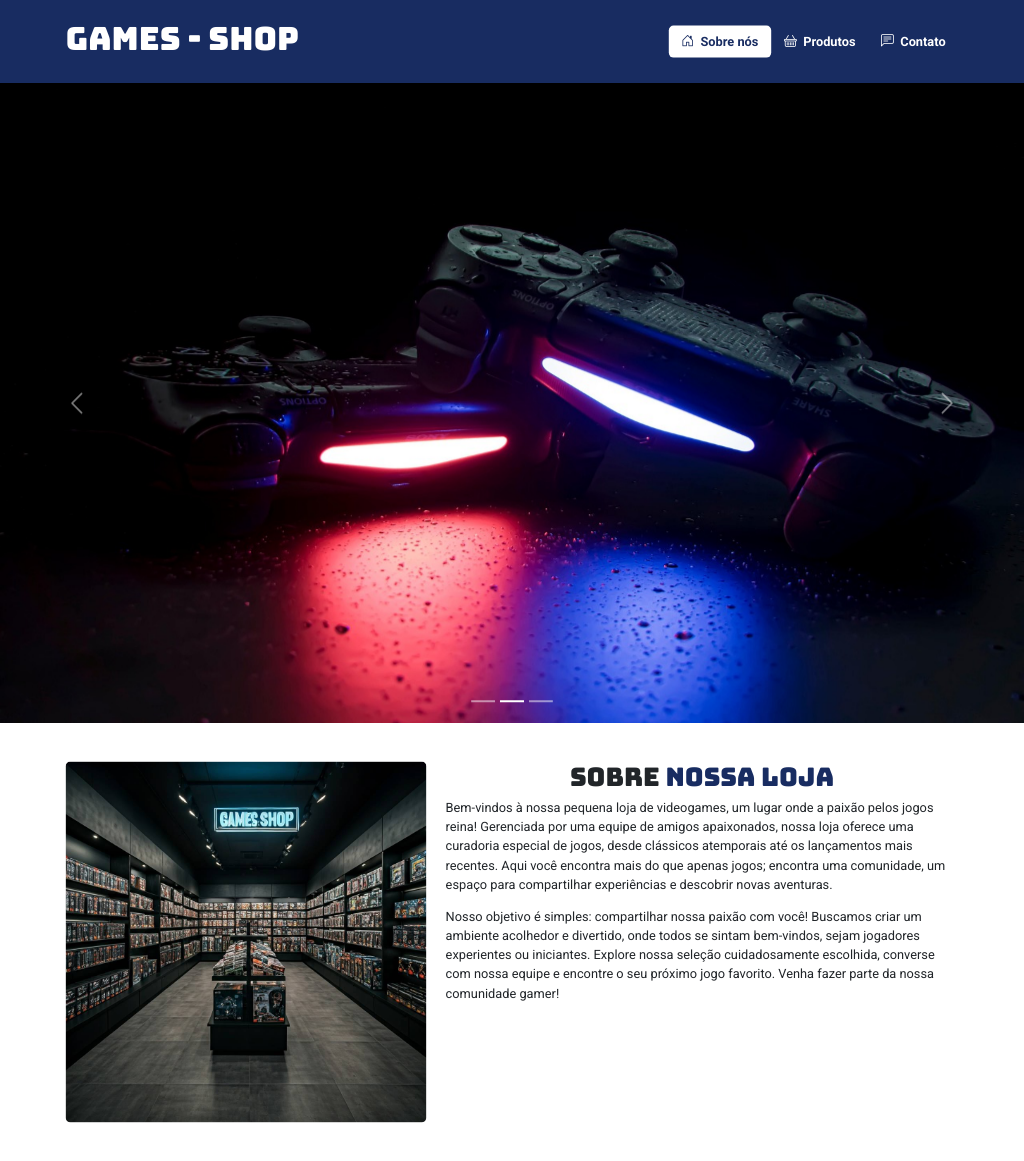
Repository: MatiasBrighent/GamesShop-Bootstrap
Page: index.html
These files come from the project's save history. The page is drawn as it stood at one moment and after the next save; the edit follows.
The browser window is 1280 px wide. The pictures show the whole page, at 80% of full size.

Above is the page before, as saved 2025-06-20 14:30:10.

After the next save:
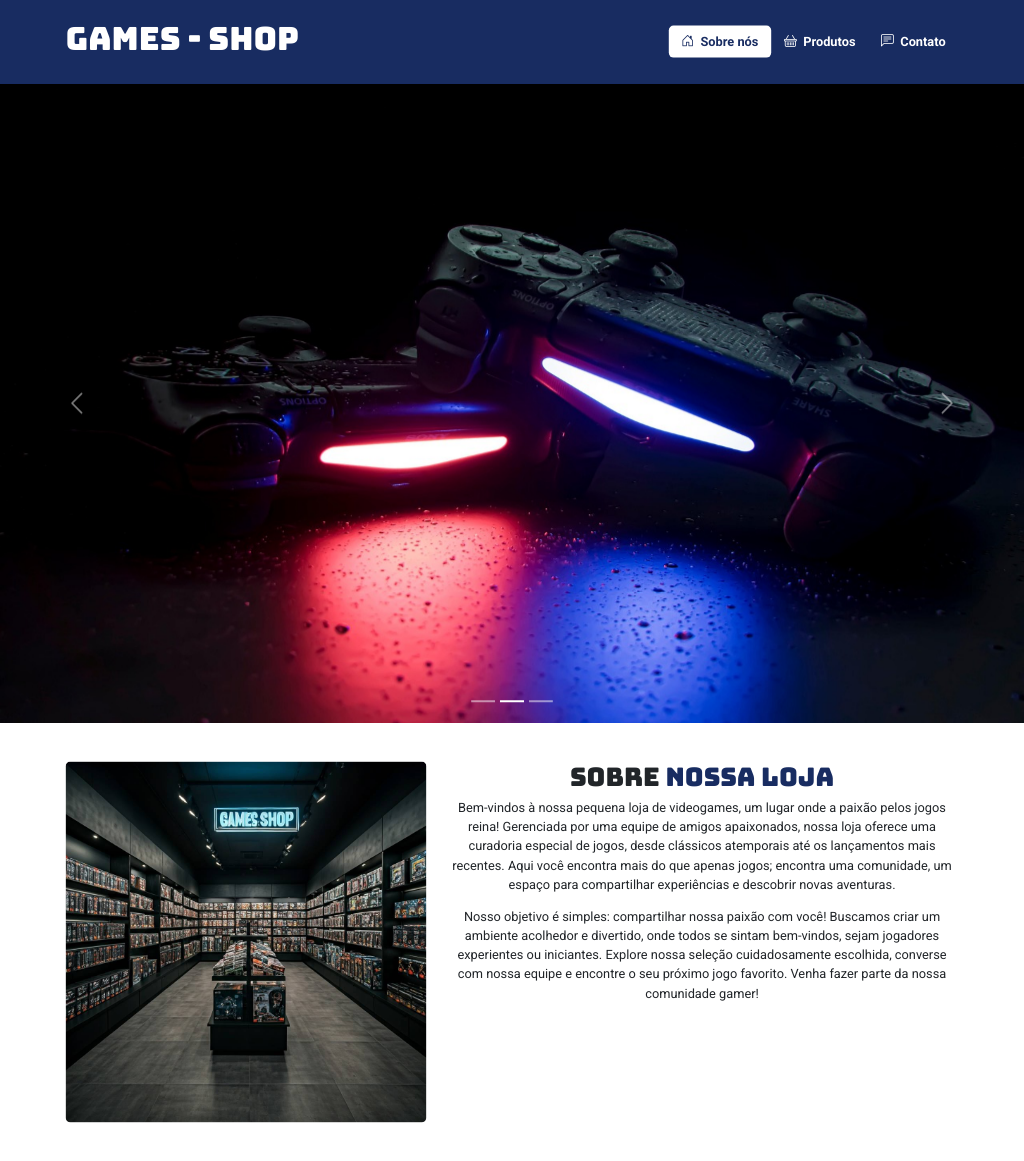
Saved 22 s later.
--- a/index.html
+++ b/index.html
@@ -73,8 +73,8 @@
                         <div class="col-md-5">
                             <img src="images/Games-Shop.jpg" class="d-block w-100 rounded" alt="foto da nossa loja">
                         </div>
-                        <div class="col-md-7">
-                            <h2 class="section-tittle text-center mt-md-0">Sobre <span class="text-colored">nossa loja</span></h2>
+                        <div class="col-md-7 text-center">
+                            <h2 class="section-tittle  mt-md-0">Sobre <span class="text-colored">nossa loja</span></h2>
                             <p>
                                 Bem-vindos à nossa pequena loja de videogames, um lugar onde a paixão pelos jogos reina! Gerenciada por uma equipe de amigos apaixonados, nossa loja oferece uma curadoria especial de jogos, desde clássicos atemporais até os lançamentos mais recentes. Aqui você encontra mais do que apenas jogos; encontra uma comunidade, um espaço para compartilhar experiências e descobrir novas aventuras.
                             </p>
